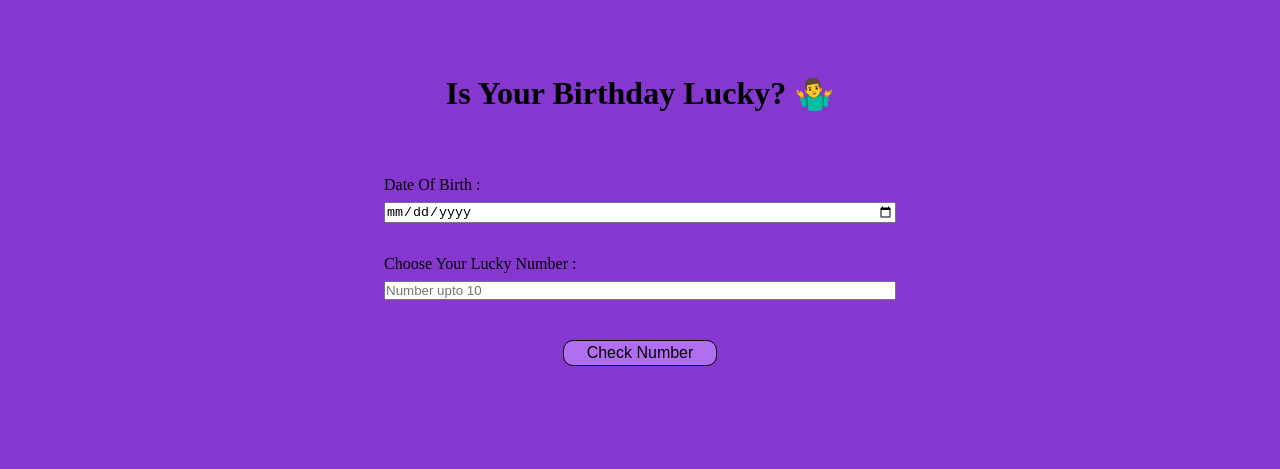
Repository: patelamancode/Lucky-Birthday-App
Page: index.html
The author's editor kept a copy of each file at every save. The page is drawn from the files as they stood at one save, then again after the next save.
The browser window is 1280 px wide. The pictures show the whole page.

Above is the page before, as saved 2022-11-23 15:49:34.

### index.html
<!DOCTYPE html>
<html lang="en">

<head>
    <meta charset="UTF-8">
    <meta http-equiv="X-UA-Compatible" content="IE=edge">
    <meta name="viewport" content="width=device-width, initial-scale=1.0">
    <link rel="stylesheet" href="index.css">
    <title>Is your birthday lucky</title>
</head>

<body>
    <div id="main-container">
        <h1 class="app-title">Is Your Birthday Lucky? 🤷‍♂️</h1>
        <label for="date-of-birth" class="dob">Date Of Birth :</label>
        <input type="date" id="selected-dob">
        <label for="lucky-number" class="favourite-number">Choose Your Lucky Number :</label>
        <input type="number" class="user-number" placeholder="Number upto 10">
        <button id="check-btn">Check Number</button>
    </div>
    <div id="graphic-container">
        <h3 id="result-heading">Hey your result is here 🎁 :</h3>
        <p id="final-result"></p>
        <button id="back-btn">♻️BACK</button>
    </div>
    <script src="index.js"></script>
</body>

</html>

### index.css
* {
  margin: 0;
  padding: 0;
}
body {
  background-color: rgb(134, 55, 207);
}

#main-container {
  display: flex;
  flex-direction: column;
  width: 40vw;
  margin: auto;
  margin-top: 2rem;
  padding: 10px;
  text-align: center;
}

.app-title {
  margin: 2rem 0;
}
label {
  width: auto;
  text-align: left;
  margin-top: 2rem;
  margin-bottom: 0.5rem;
}
/* input{
    -webkit-appearance: none;
    box-shadow: none !important;
 } */
button {
  margin: auto;
  margin-top: 2.5rem;
  width: 30%;
  padding: 3px;
  font-size: 1rem;
  font-weight: 500;
  border: 1px solid;
  background-color: rgb(177, 110, 240);
  border-radius: 10px;
}

/* change in display to flex from none */
#graphic-container {
  display: none;
  flex-direction: column;
  width: 40vw;
  height: 50vh;
  margin: auto;
  margin-top: 2rem;
  padding: 10px;
  text-align: center;
  background-color: rgb(93, 221, 221);
  position: relative;
}
#result-heading {
  font-style: italic;
  margin-top: 2rem;
}

#final-result {
  margin: 2rem;
  color: green;
  font-family: fantasy, papyrus;
}

#back-btn {
  position: absolute;
  bottom: 2rem;
  left: 5.5rem;
  background-color: rgb(199, 185, 185);
}

### index.js
const checkButton = document.querySelector('#check-btn');
const appContent = document.querySelector('#main-container');
const userBirthDate = document.querySelector('#selected-dob');
const luckyNumber = document.querySelector('.user-number');
const graphicDisplay = document.querySelector('#graphic-container');
const backButton = document.querySelector('#back-btn');
const result = document.querySelector('#final-result');


function showResult() {
    hideContent();
    graphicDisplay.style.display = "flex";
};

function hideContent() {
    appContent.style.display = "none";
};

function specialDateIs() {
    let value = userBirthDate.value.split("-");
    var sum = 0;
    for (let i = 0; i < value.length; i++) {
        sum += parseInt(value[i]);
    }
    console.log(sum);
    if (sum % luckyNumber.value == 0) {
        result.innerText = "you have a special birthdate 🎇🤗🎉";
    } else result.innerText = "Opps your birthdate is normal☹️";

};

checkButton.addEventListener('click', function () {
    specialDateIs();
    showResult();
    console.log(value);
});

backButton.addEventListener('click', function () {
    appContent.style.display = "flex";
    graphicDisplay.style.display = "none"
    window.location.reload();
});

After the next save:
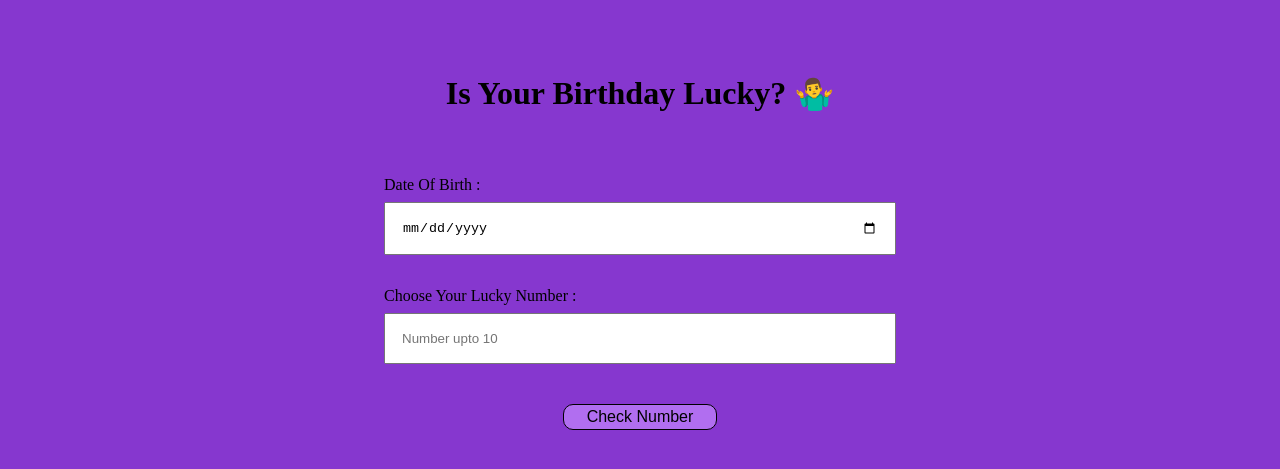
Saved 7 min 31 s later.
--- a/index.css
+++ b/index.css
@@ -25,10 +25,9 @@ label {
   margin-top: 2rem;
   margin-bottom: 0.5rem;
 }
-/* input{
-    -webkit-appearance: none;
-    box-shadow: none !important;
- } */
+input{
+   padding: 1rem;
+}
 button {
   margin: auto;
   margin-top: 2.5rem;
